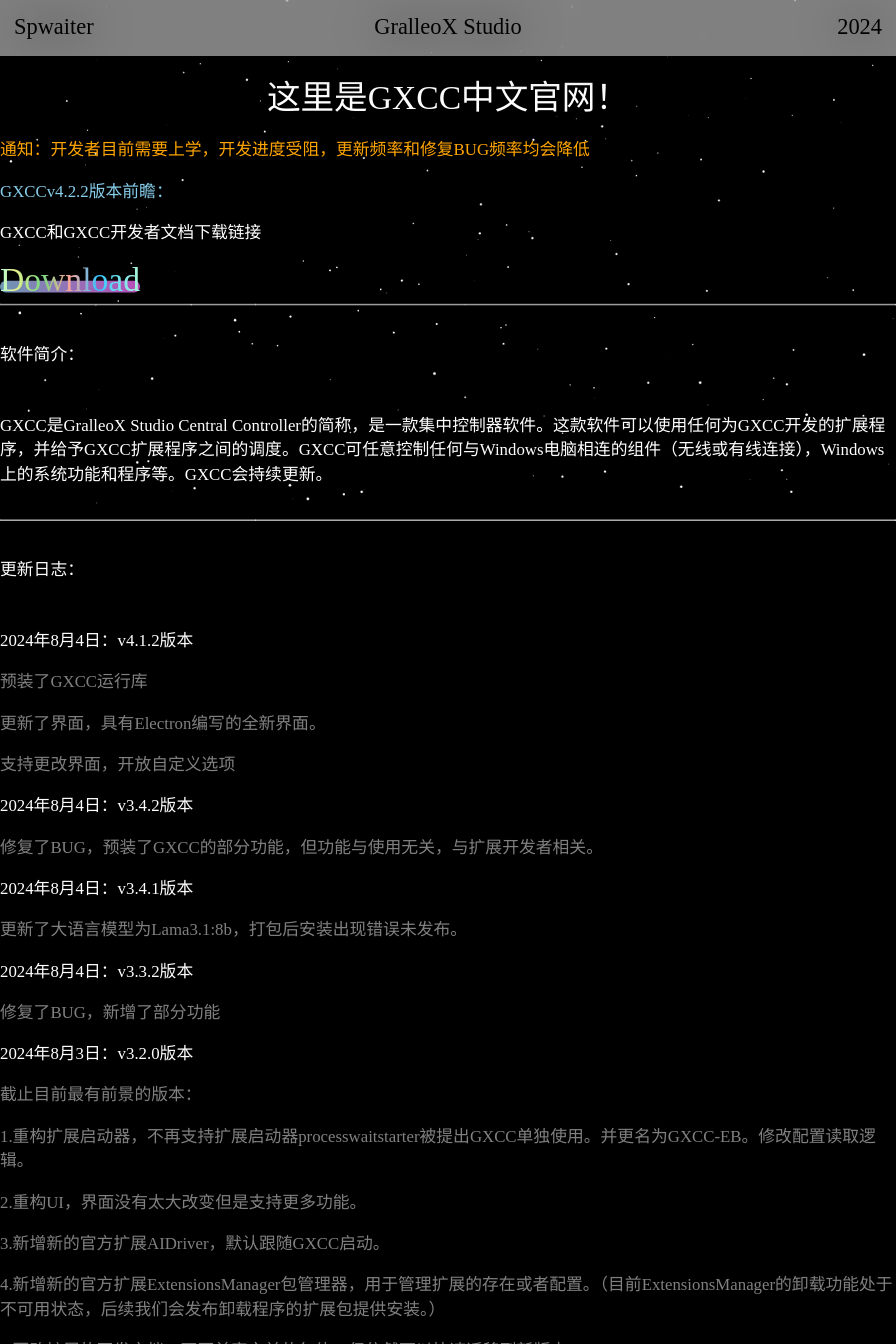
Repository: Lisu-Liso/GXCC
Page: index.html
The author's editor kept a copy of each file at every save. The page is drawn from the files as they stood at one save, then again after the next save.
The browser window is 1280 px wide. The pictures show the part of the page from y = 0 to 1920 px (the page is 4007 px tall before and 4058 px after), at 70% of full size.

Above is the page before, as saved 2024-10-05 21:15:53.

### index.html
<!DOCTYPE html>
<html lang="zh">
    <head>
        <meta http-equiv="Content-Type" content="text/html;charset=utf-8">
        <title>GXCC - GralleoX Studio</title>
        <link rel="stylesheet" type="text/css" href="./header.css">
        <link rel="shortcut icon" href="./GralleoX logo v2 web.ico">
        <style>
            body{
                overflow        : scroll;
                background-color: black;
                top             : 0;
                bottom          : 0;
                left            : 0;
                right           : 0;
                margin-top      : 100px;
                margin-bottom   : 0;
                margin-left     : 0;
                margin-right    : 0;
                user-select     : none;
            }
            ::-webkit-scrollbar{display: none;}
            .getin_screen{
                position        : fixed;
                top             : 0;
                bottom          : 0;
                left            : 0;
                right           : 0;
                background-color: rgba(0,0,0,0);
                color           : rgba(0,0,0,0);
                animation       : getinanimation 4s ease-in-out;
                text-align      : center;
                display         : table-cell;
            }
            @keyframes getinanimation{
                0% {
                    background-color       : rgba(255,255,255,1);
                    color                  : black;
                    backdrop-filter        : blur(15px);
                    -webkit-backdrop-filter: blur(15px);
                }
                40% {
                    background-color       : rgba(255,255,255,0.5);
                    color                  : black;
                    backdrop-filter        : blur(15px);
                    -webkit-backdrop-filter: blur(15px);
                }
                70% {
                    background-color       : rgba(255,255,255,0.5);
                    color                  : black;
                    backdrop-filter        : blur(15px);
                    -webkit-backdrop-filter: blur(15px);
                }
                100% {
                    background-color       : rgba(0,0,0,0);
                    color                  : rgba(0,0,0,0);
                    backdrop-filter        : blur(0px);
                    -webkit-backdrop-filter: blur(0px);
                }
            }
            .download_block{
                position               : fixed;
                top                    : 100px;
                left                   : 100px;
                right                  : 100px;
                bottom                 : 100px;
                margin-top             : 10px;
                margin-left            : 10px;
                margin-right           : 10px;
                margin-bottom          : 10px;
                background-color       : rgba(255,255,255,0.5);
                backdrop-filter        : blur(15px);
                -webkit-backdrop-filter: blur(15px);
                border-radius          : 100px;
                box-shadow             : 0 20px 50px rgba(0,0,0,0.2);
            }
            @keyframes blockout{
                0% {
                    background-color       : rgba(255,255,255,0);
                    backdrop-filter        : blur(0px);
                    -webkit-backdrop-filter: blur(0px);
                    box-shadow             : 0 20px 50px rgba(0,0,0,0);
                    opacity                : 0;
                }
                100% {
                    background-color       : rgba(255,255,255,0.5);
                    backdrop-filter        : blur(15px);
                    -webkit-backdrop-filter: blur(15px);
                    box-shadow             : 0 20px 50px rgba(0,0,0,0.2);
                    opacity                : 1;
                }
            }
            @keyframes blockquite{
                0% {
                    background-color       : rgba(255,255,255,0.5);
                    backdrop-filter        : blur(15px);
                    -webkit-backdrop-filter: blur(15px);
                    box-shadow             : 0 20px 50px rgba(0,0,0,0.2);
                    opacity                : 1;
                }
                100% {
                    background-color       : rgba(255,255,255,0);
                    backdrop-filter        : blur(0px);
                    -webkit-backdrop-filter: blur(0px);
                    box-shadow             : 0 20px 50px rgba(0,0,0,0);
                    opacity                : 0;
                }
            }
            .header-float{
                position: fixed;
                top     : 0;
                left    : 0;
                right   : 0;
                width   : 100%;
            }
            .black_board{
                position               : fixed;
                top                    : 80px;
                left                   : 0;
                right                  : 0;
                bottom                 : 0;
                margin-top             : 0;
                margin-left            : 0;
                margin-right           : 0;
                margin-bottom          : 0;
                backdrop-filter        : blur(15px);
                -webkit-backdrop-filter: blur(15px);
                background-color       : rgba(0,0,0,0.3);
            }
            @keyframes boardout{
                0% {
                    backdrop-filter        : blur(0px);
                    -webkit-backdrop-filter: blur(0px);
                    background-color       : rgba(0,0,0,0);
                }
                100% {
                    backdrop-filter        : blur(15px);
                    -webkit-backdrop-filter: blur(15px);
                    background-color       : rgba(0,0,0,0.3);
                }
            }
            @keyframes boardquite{
                0% {
                    backdrop-filter        : blur(15px);
                    -webkit-backdrop-filter: blur(15px);
                    background-color       : rgba(0,0,0,0.3);
                }
                100% {
                    backdrop-filter        : blur(0px);
                    -webkit-backdrop-filter: blur(0px);
                    background-color       : rgba(0,0,0,0);
                }
            }
            .newbutton{
                background   : linear-gradient(75deg,rgba(145, 202, 240, 0.75),rgba(248, 102, 248, 0.75));
                border-radius: 20px;
                text-align   : center;
                cursor       : pointer;
            }
            :root {
                --rainbow-gradient: linear-gradient(-90deg,#adfbda 0,#35c3ff 30%,#fda399 50%,#76d880 70%,#ebf38b 90%,#adfbda 100%);
            }
            .article-header--title {
                background-image       : var(--rainbow-gradient,#fff);
                background-size        : 100%;
                background-repeat      : repeat;
                background-clip        : text;
                -webkit-background-clip: text;
                -webkit-text-fill-color: transparent;
                -moz-background-clip   : text;
                -moz-text-fill-color   : transparent;
                filter                 : drop-shadow(0 0 2rpx #000);
                text-shadow            : none!important;
                cursor                 : pointer;
            }
            a{
                text-decoration: none;
            }
            font{
                cursor : default;
            }
            .backgroundimage{
                position: fixed;
                top     : 0;
                left    : 0;
                right   : 0;
                width   : 100%;
                height  : 100%;
                z-index: -1;
            }
            .normaltext{
                font-size: 18pt;
                color: white;
            }
            .smallnormaltext{
                font-size: 12pt;
                color: white;
            }
        </style>
    </head>
    <body>
        <canvas id="bgCanvas" class="backgroundimage"></canvas>
        <script>
            // 获取画布
            var canvas = document.getElementById('bgCanvas');
            var ctx = canvas.getContext('2d');

            // 设置画布尺寸与窗口大小一致
            canvas.width = window.innerWidth;
            canvas.height = window.innerHeight;

            // 创建一个数组用于存储星星的信息
            var stars = [];

            // 创建星星对象
            function Star(x, y, radius, color, speed) {
                this.x = x;
                this.y = y;
                this.radius = radius;
                this.color = color;
                this.speed = speed;
            }

            // 初始化星星
            function init() {
                for (var i = 0; i < 200; i++) {
                    var x = Math.random() * canvas.width;
                    var y = Math.random() * canvas.height;
                    var radius = Math.random() * 2;
                    var color = 'white';
                    var speed = Math.random() * 0.5;

                    stars.push(new Star(x, y, radius, color, speed));
                }
            }

            // 绘制星星
            function drawStars() {
                ctx.clearRect(0, 0, canvas.width, canvas.height);

                for (var i = 0; i < stars.length; i++) {
                    var star = stars[i];

                    ctx.beginPath();
                    ctx.arc(star.x, star.y, star.radius, 0, Math.PI * 2);
                    ctx.fillStyle = star.color;
                    ctx.fill();
                }
            }

            // 更新星星位置
            function updateStars() {
                for (var i = 0; i < stars.length; i++) {
                    var star = stars[i];

                    star.x += star.speed;

                    if (star.x > canvas.width) {
                        star.x = 0;
                    }
                }
            }

            // 动画循环
            function animate() {
                requestAnimationFrame(animate);

                drawStars();
                updateStars();
            }

            // 初始化并启动动画
            init();
            animate();
        </script>
        <div style="text-align:center;top:0;left:0;right:0;"><font size="7"color="white">这里是GXCC中文官网！</font></div>
        <p class="normaltext" style="color: orange;">通知：开发者目前需要上学，开发进度受阻，更新频率和修复BUG频率均会降低</p>
        <p class="normaltext" style="color: skyblue;">GXCCv4.2.2版本前瞻：</p>
        <p class="normaltext">GXCC和GXCC开发者文档下载链接</p>
        <a class="newbutton" onclick="join_us()"><font class="article-header--title" size="7">Download</font></a>
        <div class="black_board" id="bb"></div>
        <div class="download_block" id="download_block">
            <div style="text-align: center">
                <a class="newbutton" onclick="close_download_block()"><font class="article-header--title" size="7">点击关闭此框</font></a>
            </div>
            <div style="margin-left: 1cm;">
                <font size="7" color="black">这里是下载链接</font>
                <br>
                <font class="normaltext" style="color:red;">如果杀毒软件报告有病毒请忽略，此软件已经经过Microsoft Defender检测，360纯属误报。</font>
                <br>
                <font class="smallnormaltext" style="color: #76d880;">软件声明：您对AI说过的一切内容由你本地的计算机进行计算和处理，无需上传网络，请放心共享您的信息。出于运行需要，你对AI分享的信息会被作为日志保存在AIDriver扩展的文件夹中的日志文件中，如果你需要清除这些信息，请不要删除这些文件。请打开文件并写入‘1’作为占位，否则会影响AIDriver的正常运行。</font>
                <br>
                <a class="normaltext newbutton" href="https://github.com/Lisu-Liso/GXCC/releases">Link</a>
            </div>
        </div>
        <hr/>
        <br>
        <p class="normaltext">软件简介：</p>
        <br>
        <p class="normaltext">GXCC是GralleoX Studio Central Controller的简称，是一款集中控制器软件。这款软件可以使用任何为GXCC开发的扩展程序，并给予GXCC扩展程序之间的调度。GXCC可任意控制任何与Windows电脑相连的组件（无线或有线连接），Windows上的系统功能和程序等。GXCC会持续更新。</p>
        <br>
        <hr/>
        <br>
        <p class="normaltext">更新日志：</p>
        <br>
        <p class="normaltext">2024年8月4日：v4.1.2版本</p>
        <p class="normaltext" style="color: grey;">预装了GXCC运行库</p>
        <p class="normaltext" style="color: grey;">更新了界面，具有Electron编写的全新界面。</p>
        <p class="normaltext" style="color: grey;">支持更改界面，开放自定义选项</p>
        <p class="normaltext" style="color: grey;"></p>
        <p class="normaltext">2024年8月4日：v3.4.2版本</p>
        <p class="normaltext" style="color: grey;">修复了BUG，预装了GXCC的部分功能，但功能与使用无关，与扩展开发者相关。</p>
        <p class="normaltext">2024年8月4日：v3.4.1版本</p>
        <p class="normaltext" style="color: grey;">更新了大语言模型为Lama3.1:8b，打包后安装出现错误未发布。</p>
        <p class="normaltext">2024年8月4日：v3.3.2版本</p>
        <p class="normaltext" style="color: grey;">修复了BUG，新增了部分功能</p>
        <p class="normaltext">2024年8月3日：v3.2.0版本</p>
        <p class="normaltext" style="color: grey;">截止目前最有前景的版本：</p>
        <p class="normaltext" style="color: grey;">1.重构扩展启动器，不再支持扩展启动器processwaitstarter被提出GXCC单独使用。并更名为GXCC-EB。修改配置读取逻辑。</p>
        <p class="normaltext" style="color: grey;">2.重构UI，界面没有太大改变但是支持更多功能。</p>
        <p class="normaltext" style="color: grey;">3.新增新的官方扩展AIDriver，默认跟随GXCC启动。</p>
        <p class="normaltext" style="color: grey;">4.新增新的官方扩展ExtensionsManager包管理器，用于管理扩展的存在或者配置。（目前ExtensionsManager的卸载功能处于不可用状态，后续我们会发布卸载程序的扩展包提供安装。）</p>
        <p class="normaltext" style="color: grey;">5.更改扩展的开发文档，不再兼容之前的包体，但依然可以快速迁移到新版本。</p>
        <br>
        <p class="normaltext">2024年?月?日：v2.1.0版本</p>
        <p class="normaltext" style="color: grey;">该版本由于BUG极多并未发布，但是功能如下：</p>
        <p class="normaltext" style="color: grey;">1.修改了扩展启动器逻辑</p>
        <p class="normaltext" style="color: grey;">2.更新了扩展包包体结构</p>
        <p class="normaltext" style="color: grey;">3.弃用了v1.0.0版本中的对Extensions分类的名字</p>
        <p class="normaltext" style="color: grey;">3.分离内核与UI代码，扩大了UI程序的可扩展性。</p>
        <br>
        <p class="normaltext">2024年3月17日：v1.0.0版本</p>
        <p class="normaltext" style="color: grey;">能够使用最基本的Listenner和Runner扩展程序，支持Extend Extensions。</p>
        <hr>
        <p class="normaltext">使用的开发工具和依赖：</p>
        <p class="normaltext" style="color:orange;">GXCC：（部分行存在链接）</p>
        <p class="normaltext" style="color:grey;">Qt Creator 4.11.1 x64</p>
        <p class="normaltext" style="color:grey;">Electron v31.4.0</p>
        <p class="normaltext" style="color:orange;">GXCC_Core：（部分行存在链接）</p>
        <p class="normaltext" style="color:grey;">Qt Creator 4.11.1 x64</p>
        <a href="https://github.com/nlohmann/json"><p class="normaltext" style="color:grey;">nlohmann/json.hpp</p></a>
        <p class="normaltext" style="color:orange;">GXCC-EB：（部分行存在链接）</p>
        <p class="normaltext" style="color:grey;">Qt Creator 4.11.1 x64</p>
        <a href="https://github.com/nlohmann/json"><p class="normaltext" style="color:grey;">nlohmann/json.hpp</p></a>
        <p class="normaltext" style="color:orange;">ExtensionInstaller：（部分行存在链接）</p>
        <p class="normaltext" style="color:grey;">TDM-GCC-64 10.3.0</p>
        <a href="https://github.com/nlohmann/json"><p class="normaltext" style="color:grey;">nlohmann/json.hpp</p></a>
        <p class="normaltext" style="color:orange;">test扩展-监听器示例：</p>
        <p class="normaltext" style="color:grey;">TDM-GCC-64 10.3.0</p>
        <p class="normaltext" style="color:orange;">test2扩展-执行器示例：</p>
        <p class="normaltext" style="color:grey;">TDM-GCC-64 10.3.0</p>
        <p class="normaltext" style="color:orange;">ExtensionsManager：（部分行存在链接）</p>
        <p class="normaltext" style="color:grey;">Qt Creator 4.11.1 x64</p>
        <a href="https://github.com/nlohmann/json"><p class="normaltext" style="color:grey;">nlohmann/json.hpp</p></a>
        <p class="normaltext" style="color: brown;">ExtensionInstaller</p>
        <p class="normaltext" style="color: brown;">ExtensionUninstaller（未完成开发）</p>
        <p class="normaltext" style="color:orange;">AIDriver（GXCC3特色官方扩展）：（部分行存在链接）</p>
        <p class="normaltext" style="color:grey;">TDM-GCC-64 10.3.0</p>
        <p class="normaltext" style="color:grey;">Python 3.12 x64</p>
        <p class="normaltext" style="color:grey;">TDM-GCC-64 10.3.0</p>
        <p class="normaltext" style="color:grey;">Python 3.12 x64</p>

        <div class="headerblock">
            <div class="centertext"><font size="6">GralleoX Studio</font></div>
            <div class="lefttext"><font size="6">Spwaiter</font></div>
            <div class="righttext"><font size="6">2024</font></div>
        </div>
        <div class="getin_screen" id="getin">
            <font size="7" id="getintext">网站正在加载，请稍后...</font>
        </div>
    </body>
    <script type="text/javascript">
        let t = document.getElementById("download_block");
        t.style.display = "none";

        t = document.getElementById("bb");
        t.style.display = "none";
    </script>
    <script type="text/javascript">
        setTimeout(function(){
            let t = document.getElementById("getintext");
            t.innerHTML = "网站加载完毕，即将进入网站。";
            setTimeout(function(){
                let t = document.getElementById("getin");
                t.style.display = "none";
            },2000);
        },2000);
        function join_us(){
            let t = document.getElementById("download_block");
            t.style.display = "block";
            t.style.animation = "blockout 0.5s ease-in-out";

            t = document.getElementById("bb");
            t.style.display = "block";
            t.style.animation = "boardout 0.5s ease-in-out";
        }
        function close_download_block(){
            let t = document.getElementById("download_block");
            t.style.animation = "blockquite 0.5s ease-in-out";

            t = document.getElementById("bb");
            t.style.animation = "boardquite 0.5s ease-in-out";
            setTimeout(function(){
                let t = document.getElementById("download_block");
                t.style.display = "none";

                t = document.getElementById("bb");
                t.style.display = "none";
            },500);
        }
    </script>
</html>

### header.css
.headerblock{
    position               : fixed;
    top                    : 0px;
    left                   : 0px;
    right                  : 0px;
    margin-top             : 0px;
    margin-left            : 0px;
    margin-right           : 0px;
    width                  : 100%;
    height                 : 80px;
    background-color       : rgba(255,255,255,0.5);
    backdrop-filter        : blur(10px);
    -webkit-backdrop-filter: blur(10px);
    box-shadow             : 0 20px 50px rgba(0,0,0,0.2);
    align-items            : center;
}
.centertext{
    position    : fixed;
    top         : 0;
    left        : 0;
    right       : 0;
    margin-top  : 20px;
    margin-left : 20px;
    margin-right: 20px;
    text-align  : center;
    filter      : drop-shadow(0 0 2rem #000);
    text-shadow : none!important;
    color       : black;
}
.lefttext{
    position    : fixed;
    top         : 0;
    left        : 0;
    right       : 0;
    margin-top  : 20px;
    margin-left : 20px;
    margin-right: 20px;
    text-align  : left;
    filter      : drop-shadow(0 0 2rem #000);
    text-shadow : none!important;
    color       : black;
}
.righttext{
    position    : fixed;
    top         : 0;
    left        : 0;
    right       : 0;
    margin-top  : 20px;
    margin-left : 20px;
    margin-right: 20px;
    text-align  : right;
    filter      : drop-shadow(0 0 2rem #000);
    text-shadow : none!important;
    color       : black;
}

After the next save:
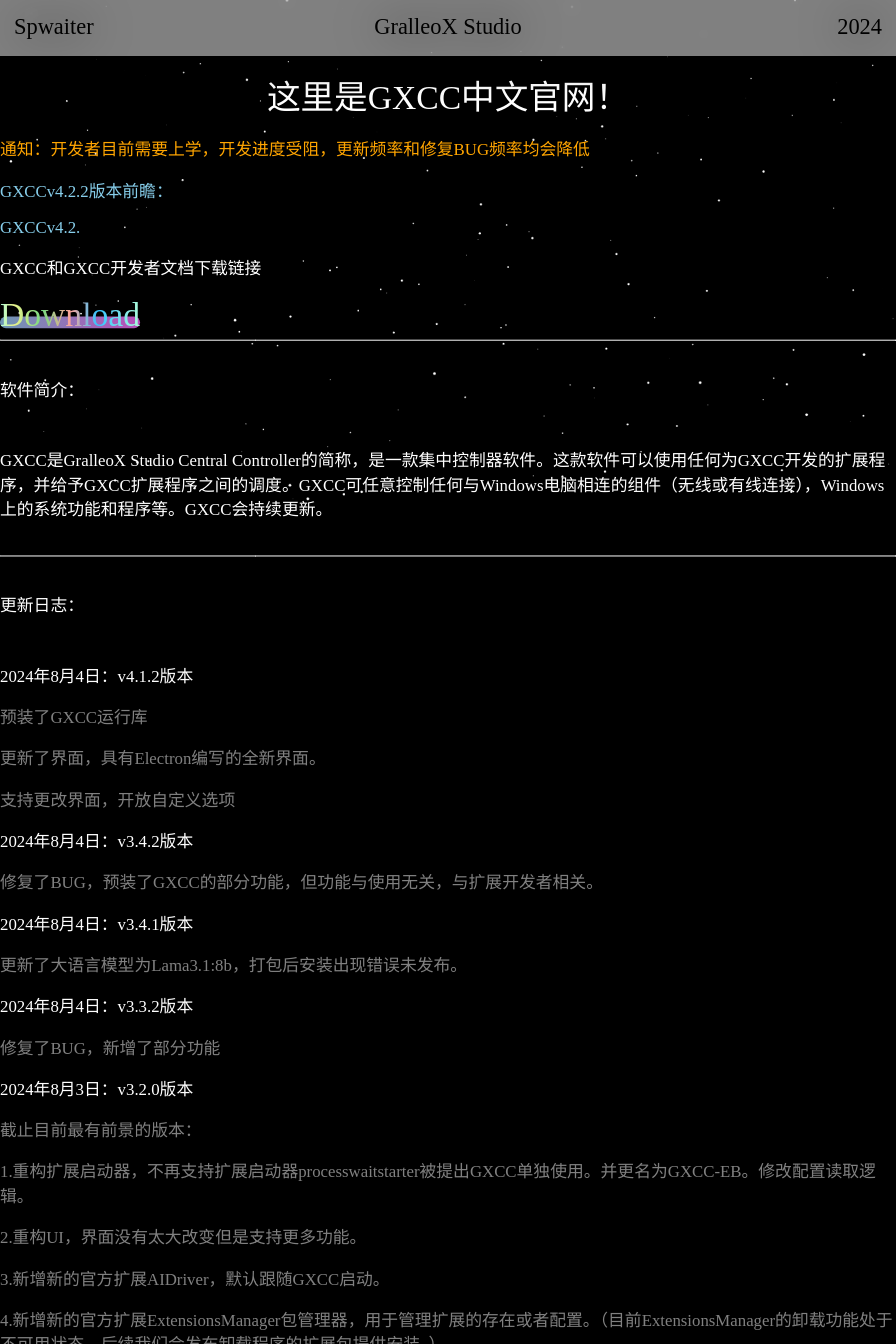
Saved 18 s later.
--- a/index.html
+++ b/index.html
@@ -276,6 +276,7 @@
         <div style="text-align:center;top:0;left:0;right:0;"><font size="7"color="white">这里是GXCC中文官网！</font></div>
         <p class="normaltext" style="color: orange;">通知：开发者目前需要上学，开发进度受阻，更新频率和修复BUG频率均会降低</p>
         <p class="normaltext" style="color: skyblue;">GXCCv4.2.2版本前瞻：</p>
+        <p class="normaltext" style="color: skyblue;">GXCCv4.2.</p>
         <p class="normaltext">GXCC和GXCC开发者文档下载链接</p>
         <a class="newbutton" onclick="join_us()"><font class="article-header--title" size="7">Download</font></a>
         <div class="black_board" id="bb"></div>
